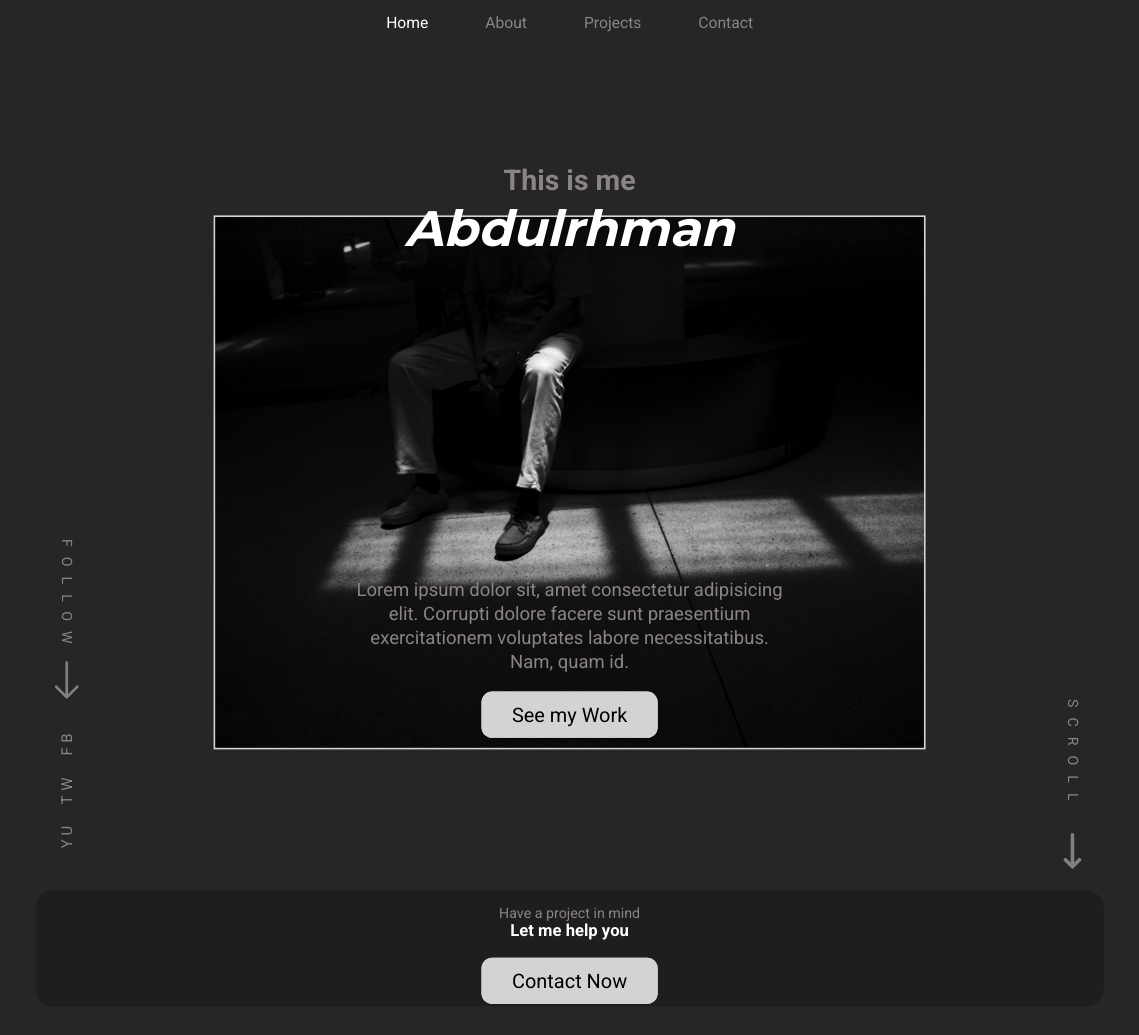
Repository: Abdoulrhman-altyeb/React-Typescript
Page: /
The author's editor kept a copy of each file at every save. The page is drawn from the files as they stood at one save, then again after the next save.
The browser window is 1280 px wide. The pictures show the whole page, at 89% of full size.
The project was rebuilt for these pictures with package versions that can differ from the ones it lists, and the page was loaded fresh each time. Also part of the build but not shown: src/Pages/Contact.tsx, src/Pages/About.tsx, src/Pages/Projects.tsx.

Above is the page before, as saved 2021-05-18 15:54:48.

After the next save:
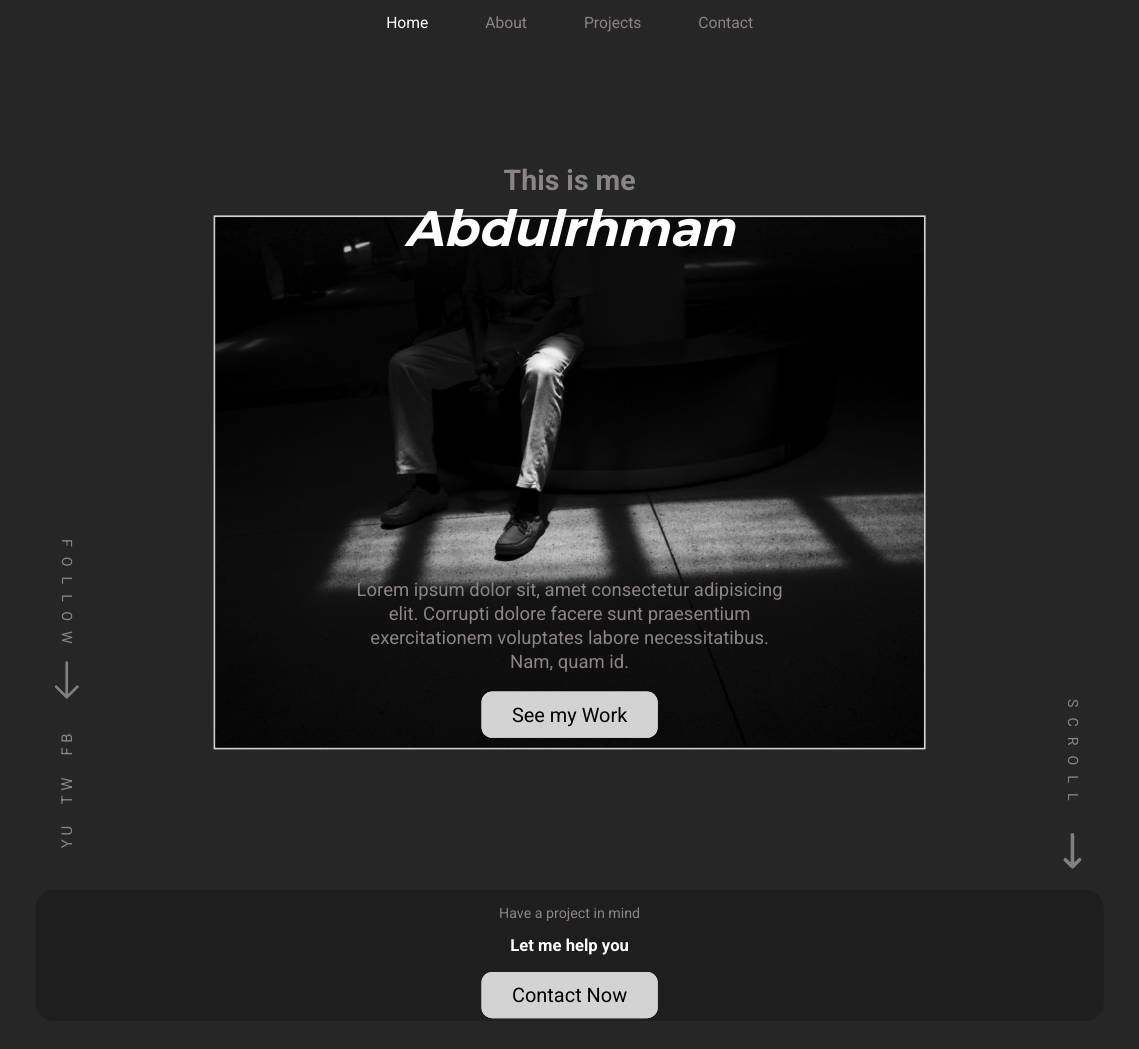
Saved 7 s later.
--- a/src/components/ContactButton.tsx
+++ b/src/components/ContactButton.tsx
@@ -21,7 +21,7 @@ const STYLEDIV = styled.div`
     text-align:center;
     padding:1rem;
     margin-bottom:2rem;
-    .p{
+    p{
         margin-bottom:1rem;
     }
 `;
